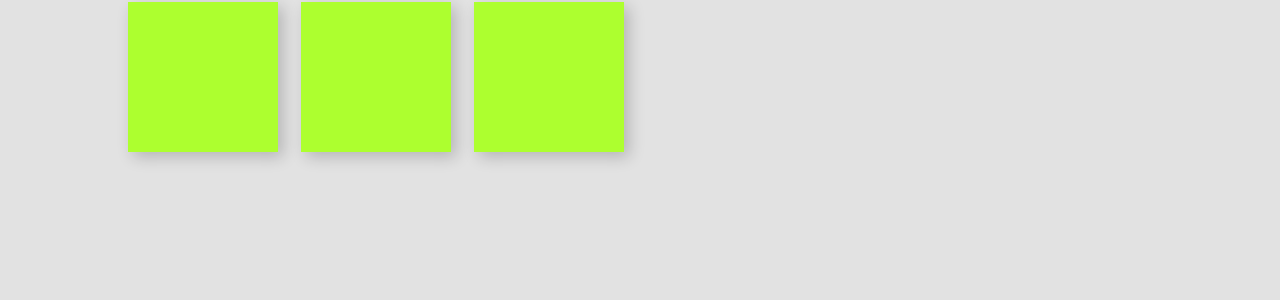
Repository: AlSemyon/13_animation
Page: /
The author's editor kept a copy of each file at every save. The page is drawn from the files as they stood at one save, then again after the next save.
The browser window is 1280 px wide. The pictures show the whole page.
The project was rebuilt for these pictures with package versions that can differ from the ones it lists, and the page was loaded fresh each time.

Above is the page before, as saved 2018-12-05 20:00:34.

### public/index.html
<!DOCTYPE html>
<html lang="en">
  <head>
    <meta charset="utf-8">
    <link rel="shortcut icon" href="%PUBLIC_URL%/favicon.ico">
    <meta name="viewport" content="width=device-width, initial-scale=1, shrink-to-fit=no">
    <meta name="theme-color" content="#000000">
    <!--
      manifest.json provides metadata used when your web app is added to the
      homescreen on Android. See https://developers.google.com/web/fundamentals/web-app-manifest/
    -->
    <link rel="manifest" href="%PUBLIC_URL%/manifest.json">
    <!--
      Notice the use of %PUBLIC_URL% in the tags above.
      It will be replaced with the URL of the `public` folder during the build.
      Only files inside the `public` folder can be referenced from the HTML.

      Unlike "/favicon.ico" or "favicon.ico", "%PUBLIC_URL%/favicon.ico" will
      work correctly both with client-side routing and a non-root public URL.
      Learn how to configure a non-root public URL by running `npm run build`.
    -->
    <title>React App</title>
  </head>
  <body>
    <noscript>
      You need to enable JavaScript to run this app.
    </noscript>

    <div id="root"></div>
    <!--
      This HTML file is a template.
      If you open it directly in the browser, you will see an empty page.

      You can add webfonts, meta tags, or analytics to this file.
      The build step will place the bundled scripts into the <body> tag.

      To begin the development, run `npm start` or `yarn start`.
      To create a production bundle, use `npm run build` or `yarn build`.
    -->
  </body>
</html>

### src/index.css
@import url(http://fonts.googleapis.com/css?family=Shadows+Into+Light);

* {
    margin: 0;
    padding: 0;
    box-sizing: border-box;
}
body {
    background: #e2e2e2;
}


.container {
    max-width: 80%;
    margin: auto;
    min-height: 100vh;

}

.grid{
    display: grid;
    grid-gap: 15px;
    grid-template-columns: repeat(auto-fill, minmax(150px, 1fr))
}

.note {
    height: 150px;
    width: 150px;
    background-color: greenyellow;
    margin: 2px 0;
    position: relative;
    cursor: -webkit-grab;
    box-shadow: 5px 5px 15px 0 rgba(0, 0, 0, .2);
}

.note:active {
    cursor: -webkit-grabbing;
}

.note p {
    font-size: 22px;
    text-align: center;
    padding: 5px;
    font-family: "Shadows Into Light", Arial;
}

.note:hover > span {
    opacity: 1;
}

.note > span {
    position: absolute;
    bottom: 2px;
    right: 2px;
    opacity: 0;
    transition: opacity .25s linear;
}

.note button {
    margin: 2px;
}

.note form {
    text-align: center;
    height: 100%;
}

.note  textarea {
    width: 95%;
    max-width: 100%;
    margin-top: 1rem;
    height: 50%;
    background: rgba(255, 255, 255, .5);
    resize: none;
}

.container button {
  color: #fff;
  font-size: 14px;
  box-shadow: 0px 0px 5px 0px rgba(0, 0, 0, 0.55);
}

.add {
  margin-top: 3rem;
  background-color: #5cb85c;
  height: 3rem;
  min-width: 3rem;
}

.edit {
  background-color: #337ab7;
}

.save {
  background-color: #5cb85c;
}

.remove {
  background-color: #d9534f;
}

### src/components/App.js
import React, {Component} from 'react';
import notes from '../notes'
import Note from './Note'
import './style.css'

class App extends Component {
    state = {notes: []};

    componentDidMount() {
        this.setState({notes})
    }

    eachNote = (note) =>
        <Note key={note.id} note={note}/>

    render() {
        return (
            <div className="container">
                <div className="grid">
                    {this.state.notes.map(this.eachNote)}
                </div>
            </div>
        )
    }
}

export default App;

### src/notes.json
[
    {
       "id": 1,
       "text": "Go to the shop"
   },
   {
     "id": 2,
     "text": "Go to the cinema"
   },
   {
     "id": 3,
     "text": "Learn React"
   }
]

### src/components/Note.js
import React, {Component} from 'react';
import PropTypes from 'prop-types';
import { FaPencilAlt } from 'react-icons/fa';
import { FaTrash } from 'react-icons/fa';
import { FaSave } from 'react-icons/fa';


class Note extends Component {
    constructor(props) {
        super(props);
        this.state = {
            isedit: false
        }

        this.edit = this.edit.bind(this);
        this.remove = this.remove.bind(this);
        this.save = this.save.bind(this);
        this.renderForm = this.renderForm.bind(this);
        this.renderDisplay = this.renderDisplay.bind(this);

    }
    edit = () => {
        this.setState({isedit: true})
    }

    remove = () => {
        this.props.remove(this.props.id)
    }

    save = e => {
        e.preventDefault();
        this.props.update(this.newNote.value, this.props.id)
        this.setState({isedit: false})
    }
    renderForm = () =>
        <div className="note">
            <form>
                <textarea ref={node => this.newNote = node}/>
                <button onClick={this.save} className="save"><FaSave/></button>
            </form>
        </div>

    renderDisplay = () =>
        <div className="note">
        <p>{this.props.children}</p>
        <span>
            <button onClick={this.edit} className="edit"><FaPencilAlt/></button>
            <button onClick={this.remove} className="edit"><FaTrash/></button>
        </span>
    </div>

    render() {
        return(
            <div className="grid">
                {this.state.isedit ? this.renderForm(): this.renderDisplay()}
            </div>
        )
    }
}

export default Note;

### src/components/style.css
@import url(http://fonts.googleapis.com/css?family=Shadows+Into+Light);

* {
    margin: 0;
    padding: 0;
    box-sizing: border-box;
}
body {
    background: #e2e2e2;
}


.container {
    max-width: 80%;
    margin: auto;
    min-height: 100vh;

}

.grid{
    display: grid;
    grid-gap: 15px;
    grid-template-columns: repeat(auto-fill, minmax(150px, 1fr))
}

.note {
    height: 150px;
    width: 150px;
    background-color: greenyellow;
    margin: 2px 0;
    position: relative;
    cursor: -webkit-grab;
    box-shadow: 5px 5px 15px 0 rgba(0, 0, 0, .2);
}

.note:active {
    cursor: -webkit-grabbing;
}

.note p {
    font-size: 22px;
    text-align: center;
    padding: 5px;
    font-family: "Shadows Into Light", Arial;
}

.note:hover > span {
    opacity: 1;
}

.note > span {
    position: absolute;
    bottom: 2px;
    right: 2px;
    opacity: 0;
    transition: opacity .25s linear;
}

.note button {
    margin: 2px;
}

.note form {
    text-align: center;
    height: 100%;
}

.note  textarea {
    width: 95%;
    max-width: 100%;
    margin-top: 1rem;
    height: 50%;
    background: rgba(255, 255, 255, .5);
    resize: none;
}

.container button {
  color: #fff;
  font-size: 14px;
  box-shadow: 0px 0px 5px 0px rgba(0, 0, 0, 0.55);
}

.add {
  margin-top: 3rem;
  background-color: #5cb85c;
  height: 3rem;
  min-width: 3rem;
}

.edit {
  background-color: #337ab7;
}

.save {
  background-color: #5cb85c;
}

.remove {
  background-color: #d9534f;
}

Loaded but not shown: src/index.js (common file)

After the next save:
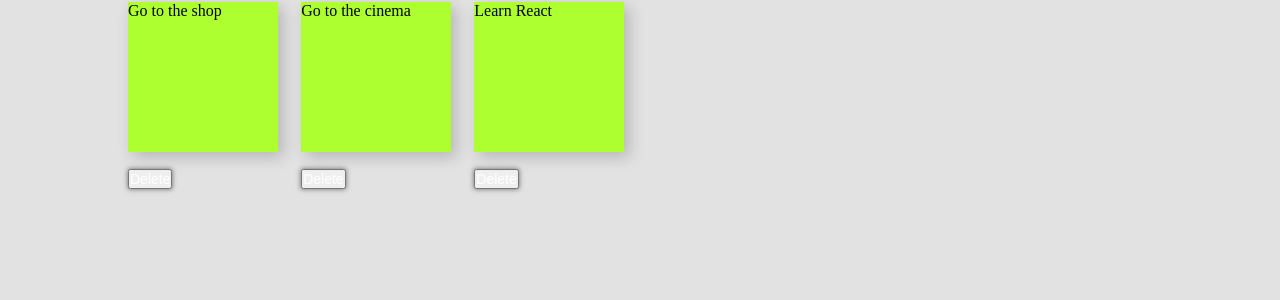
Saved 3 min 44 s later.
--- a/src/components/Note.js
+++ b/src/components/Note.js
@@ -1,58 +1,15 @@
 import React, {Component} from 'react';
-import PropTypes from 'prop-types';
-import { FaPencilAlt } from 'react-icons/fa';
-import { FaTrash } from 'react-icons/fa';
-import { FaSave } from 'react-icons/fa';
 
 
 class Note extends Component {
-    constructor(props) {
-        super(props);
-        this.state = {
-            isedit: false
-        }
-
-        this.edit = this.edit.bind(this);
-        this.remove = this.remove.bind(this);
-        this.save = this.save.bind(this);
-        this.renderForm = this.renderForm.bind(this);
-        this.renderDisplay = this.renderDisplay.bind(this);
-
-    }
-    edit = () => {
-        this.setState({isedit: true})
-    }
-
-    remove = () => {
-        this.props.remove(this.props.id)
-    }
-
-    save = e => {
-        e.preventDefault();
-        this.props.update(this.newNote.value, this.props.id)
-        this.setState({isedit: false})
-    }
-    renderForm = () =>
-        <div className="note">
-            <form>
-                <textarea ref={node => this.newNote = node}/>
-                <button onClick={this.save} className="save"><FaSave/></button>
-            </form>
-        </div>
-
-    renderDisplay = () =>
-        <div className="note">
-        <p>{this.props.children}</p>
-        <span>
-            <button onClick={this.edit} className="edit"><FaPencilAlt/></button>
-            <button onClick={this.remove} className="edit"><FaTrash/></button>
-        </span>
-    </div>
-
     render() {
+        const {note} = this.props;
         return(
             <div className="grid">
-                {this.state.isedit ? this.renderForm(): this.renderDisplay()}
+                <div className="note">{note.text}</div>
+                <div className="button">
+                    <button className="btn btn-danger">Delete</button>
+                </div>
             </div>
         )
     }
